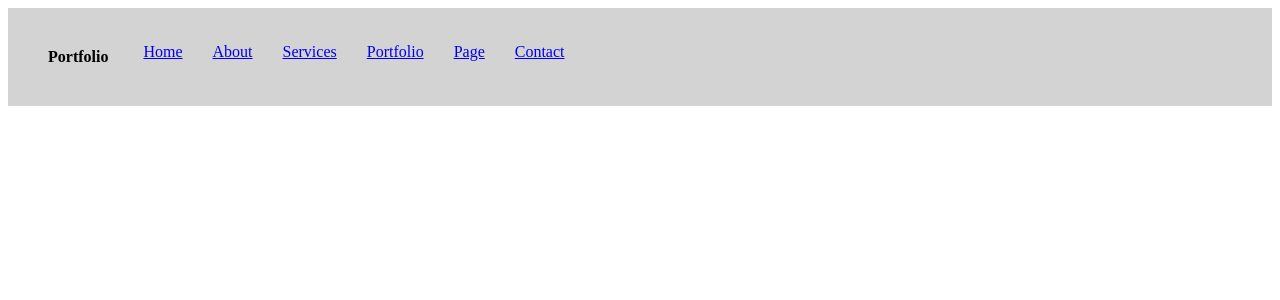
Repository: Tobby004/bdc_task_1
Page: index.html
The author's editor kept a copy of each file at every save. The page is drawn from the files as they stood at one save, then again after the next save.
The browser window is 1280 px wide. The pictures show the whole page.

Above is the page before, as saved 2023-02-18 23:28:36.

### index.html
<!DOCTYPE html>
<html lang="en">
<head>
    <meta charset="UTF-8">
    <meta http-equiv="X-UA-Compatible" content="IE=edge">
    <meta name="viewport" content="width=device-width, initial-scale=1.0">
    <title>Template</title>
    <link rel="stylesheet" href="task.css">
</head>
<header>
    <b> Portfolio</b>
    <a href="#">Home</a>
    <a href="#">About</a>
    <a href="#">Services</a>
    <a href="#">Portfolio</a>
    <a href="#">Page</a>
    <a href="#">Contact</a>
</header>
<body>

</body>
</html>

### task.css
* {
    box-sizing: border-box;
}
header {
    display: flex;
    padding: 20px;
    background: lightgray

}
header b {
    display: flex;
    padding: 20px;

}
header a {
    padding: 15px;
    display: flex;
}

After the next save:
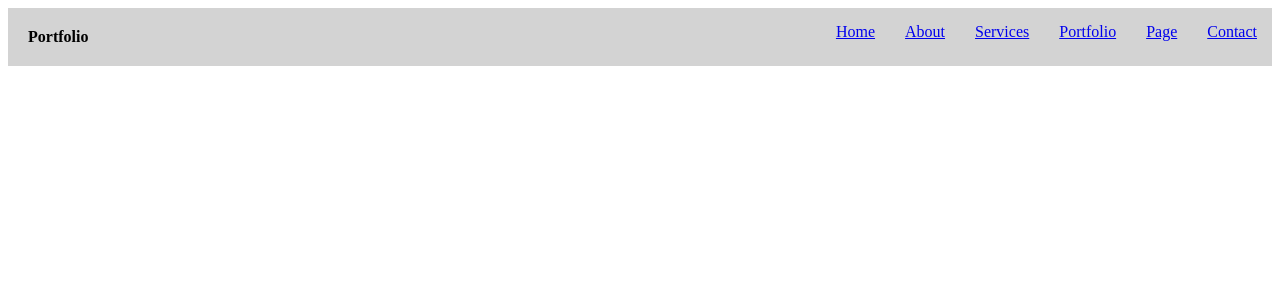
Saved 2 min 17 s later.
--- a/task.css
+++ b/task.css
@@ -3,13 +3,14 @@
 }
 header {
     display: flex;
-    padding: 20px;
     background: lightgray
 
 }
 header b {
     display: flex;
     padding: 20px;
+    margin-right: 300px;
+    width: 50%;
 
 }
 header a {
